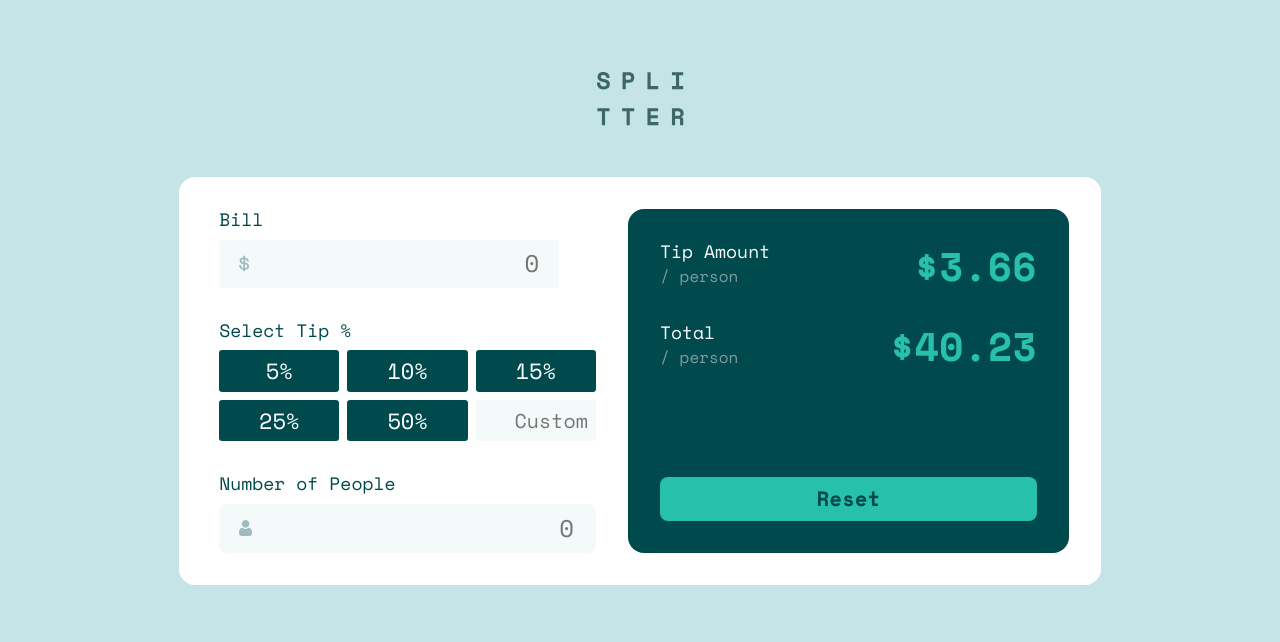
Repository: Jay-JYKim91/FM_tip-calculator
Page: index.html
An editor plug-in stored every save of this project. The page is shown before and after the next save, followed by the edit.
The browser window is 1280 px wide. The pictures show the whole page.

Above is the page before, as saved 2021-12-23 12:54:44.

### index.html
<!DOCTYPE html>
<html lang="en">
<head>
  <meta charset="UTF-8">
  <meta name="viewport" content="width=device-width, initial-scale=1.0"> <!-- displays site properly based on user's device -->

  <link rel="icon" type="image/png" sizes="32x32" href="./images/favicon-32x32.png">

  <title>Tip calculator</title>
  <link rel="preconnect" href="https://fonts.googleapis.com">
  <link rel="preconnect" href="https://fonts.gstatic.com" crossorigin>
  <link href="https://fonts.googleapis.com/css2?family=Space+Mono:wght@400;700&display=swap" rel="stylesheet">
  <link rel="stylesheet" href="https://cdnjs.cloudflare.com/ajax/libs/normalize/8.0.1/normalize.min.css" integrity="sha512-NhSC1YmyruXifcj/KFRWoC561YpHpc5Jtzgvbuzx5VozKpWvQ+4nXhPdFgmx8xqexRcpAglTj9sIBWINXa8x5w==" crossorigin="anonymous" referrerpolicy="no-referrer" />
  <link rel="stylesheet" href="style.css">
  <script src="main.js" defer></script>

</head>
<body>
  <main class="container">
    <header>
      <img src="./images/logo.svg" alt="logo">
    </header>
    <section class="calculator_wrapper">
      <article class="input_wrapper">
        <div>
          <p class="title">Bill</p>
          <!-- <div class="input_form"> -->
            <!-- <img src="./images/icon-dollar.svg" alt="dollar"> -->
            <input type="tel" placeholder="0" id="billInput">
          <!-- </div> -->
        </div>
        <div>
          <p class="title">Select Tip %</p>
          <div class="tip_options">
            <button class="tip_option">5%</button>
            <button class="tip_option">10%</button>
            <button class="tip_option">15%</button>
            <button class="tip_option">25%</button>
            <button class="tip_option">50%</button>
            <input type="tel" id="custom_tip" class="tip_option" placeholder="Custom" autocomplete="off">
          </div>
        </div>
        <div>
          <p class="title">Number of People</p>
          <div class="input_form">
            <img src="./images/icon-person.svg" alt="person">
            <input type="tel" placeholder="0" id="peopleInput">
          </div>
        </div>
      </article>
      <article class="result_wrapper">
        <div class="result_rows">
          <div class="result_row">
            <div class="result_title_wrapper">
              <p class="title">Tip Amount</p>
              <p class="subtitle">/ person</p>
            </div>
            <p id="tipAmountPrice" class="display_result">$3.66</p>
          </div>
          <div class="result_row">
            <div class="result_title_wrapper">
              <p class="title">Total</p>
              <p class="subtitle">/ person</p>
            </div>
            <p id="totalPrice" class="display_result">$40.23</p>
          </div>
        </div>
        <div>
          <button id="resetBtn">Reset</button>
        </div>
      </article>
    </section>
  </main>
</body>
</html>

### style.css
:root {
  --body-font: "Space Mono", monospace;

  --strong-cyan: hsl(172, 67%, 45%);
  --very-dark-cyan: hsl(183, 100%, 15%);
  --dark-grayish-cyan1: hsl(186, 14%, 43%);
  --dark-grayish-cyan2: hsl(184, 14%, 56%);
  --light-grayish-cyan1: hsl(185, 41%, 84%);
  --light-grayish-cyan2: hsl(189, 41%, 97%);
  --white: hsl(0, 0%, 100%);
}
body {
  background-color: var(--light-grayish-cyan1);
  font-family: var(--body-font);
}
.container {
  margin: 10vh 14vw;
}
header {
  text-align: center;
  margin: 3rem;
}
.calculator_wrapper {
  background-color: var(--white);
  display: flex;
  justify-content: space-between;
  padding: 2rem;
  border-radius: 1rem;
}
.input_wrapper {
  flex-basis: 50%;
  padding: 0 2em 0 0.5em;
}
.input_wrapper div {
  margin-bottom: 2rem;
}
.input_wrapper div:last-child {
  margin-bottom: 0;
}
.tip_options {
  display: grid;
  grid-template-columns: repeat(3, 1fr);
  grid-gap: 0.5em;
}
.tip_option {
  border: 2px solid transparent;
  background-color: var(--very-dark-cyan);
  color: var(--white);
  font-family: var(--body-font);
  padding: 6px;
  font-size: 22px;
  border-radius: 0.2rem;
  cursor: pointer;
  transition: all 0.1s ease-in-out;
}
.tip_option:hover {
  background-color: var(--light-grayish-cyan1);
  color: var(--very-dark-cyan);
}
.tip_option:focus {
  background-color: var(--strong-cyan);
  color: var(--very-dark-cyan);
}
#custom_tip {
  width: 100%;
  background-color: var(--light-grayish-cyan2);
  box-sizing: border-box;
  text-align: right;
  font-size: 20px;
  color: var(--strong-cyan);
  caret-color: var(--strong-cyan);
}
#custom_tip:focus {
  outline: none;
  border: var(--strong-cyan) 2px solid;
}
.title {
  margin: 0 0 10px 0;
  color: var(--very-dark-cyan);
  font-size: 18px;
}
#billInput {
  background-image: url("./images/icon-dollar.svg");
  background-position: 20px 15px;
  background-repeat: no-repeat;
  text-align: right;
  font-size: 24px;
  border: none;
  background-color: var(--light-grayish-cyan2);
  text-align: right;
  color: var(--very-dark-cyan);
  caret-color: var(--strong-cyan);
  padding: 10px 20px;
}
.input_form {
  display: flex;
  align-items: center;
  justify-content: space-between;
  background-color: var(--light-grayish-cyan2);
  padding: 10px 20px;
  border-radius: 0.5rem;
}
.input_form input {
  width: 90%;
  font-size: 24px;
  border: none;
  background-color: var(--light-grayish-cyan2);
  text-align: right;
  color: var(--very-dark-cyan);
  caret-color: var(--strong-cyan);
}
.input_form input:focus {
  outline: none;
}
/* #test:focus .input_form {
  border: 2px solid var(--strong-cyan);
} */
.result_wrapper {
  background-color: var(--very-dark-cyan);
  flex-basis: 50%;
  border-radius: 1rem;
  padding: 2em;
  display: flex;
  flex-direction: column;
  justify-content: space-between;
}
.result_title_wrapper {
  flex-basis: 40%;
}
.result_title_wrapper p {
  margin: 0 0 0.3rem 0;
}
.result_wrapper .title {
  color: var(--white);
  /* margin: 0 0 10px 0; */
}
.subtitle {
  color: var(--dark-grayish-cyan2);
}
.result_row {
  display: flex;
  align-items: center;
  justify-content: space-between;
  margin-bottom: 2rem;
}
.display_result {
  flex-basis: 60%;
  text-align: right;
  color: var(--strong-cyan);
  font-weight: 600;
  font-size: 2.5rem;
  margin: 0;
}
#resetBtn {
  border: none;
  background-color: var(--strong-cyan);
  color: var(--very-dark-cyan);
  width: 100%;
  padding: 10px;
  font-weight: 600;
  font-size: 1.3rem;
  border-radius: 0.5rem;
  cursor: pointer;
  transition: all ease-in-out 0.1s;
}
#resetBtn:hover {
  background-color: var(--light-grayish-cyan1);
}
/* Tablet size */
@media (min-width: 768px) and (max-width: 1023px) {
}

/* Mobile size */
@media (max-width: 767px) {
}

Loaded but not shown: main.js (empty)

After the next save:
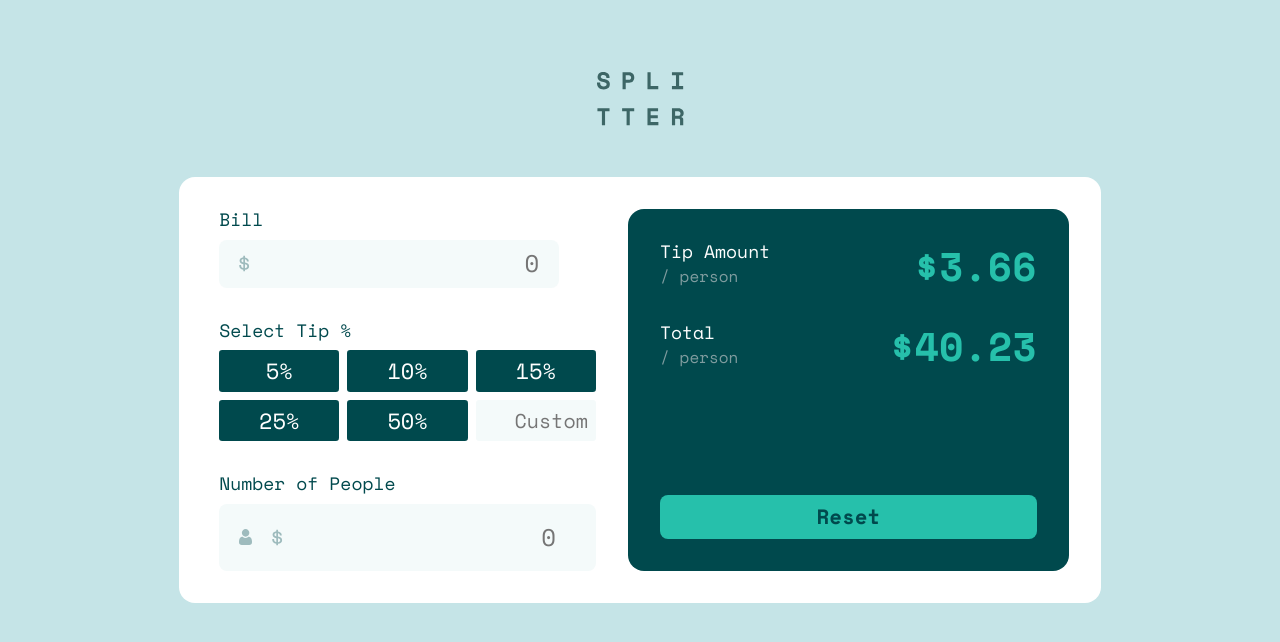
Saved 8 s later.
--- a/style.css
+++ b/style.css
@@ -79,7 +79,8 @@ header {
   color: var(--very-dark-cyan);
   font-size: 18px;
 }
-#billInput {
+#billInput,
+#peopleInput {
   background-image: url("./images/icon-dollar.svg");
   background-position: 20px 15px;
   background-repeat: no-repeat;
@@ -91,6 +92,7 @@ header {
   color: var(--very-dark-cyan);
   caret-color: var(--strong-cyan);
   padding: 10px 20px;
+  border-radius: 0.5rem;
 }
 .input_form {
   display: flex;
